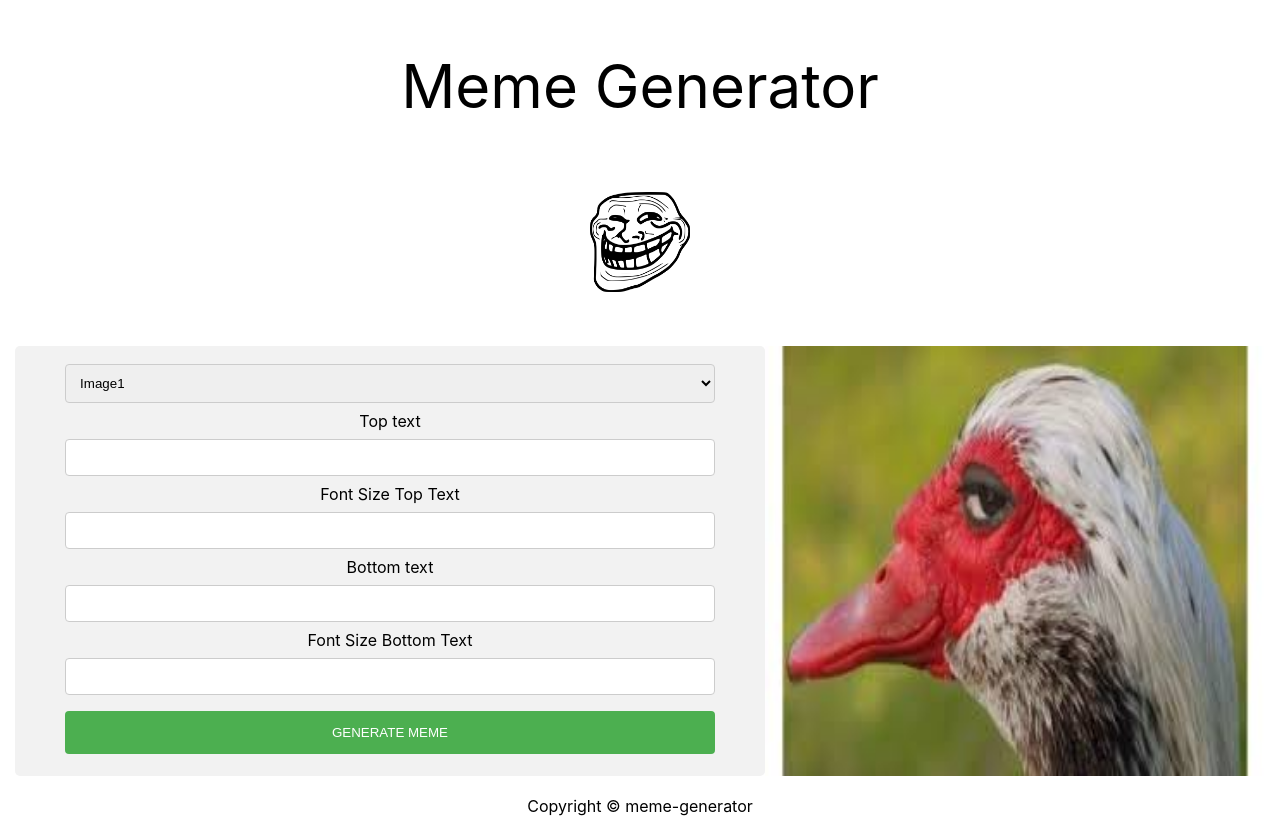
Repository: JivkoJelev91/Meme-Generator
Page: /
The author's editor kept a copy of each file at every save. The page is drawn from the files as they stood at one save, then again after the next save.
The browser window is 1280 px wide. The pictures show the whole page.
The project was rebuilt for these pictures with package versions that can differ from the ones it lists, and the page was loaded fresh each time.

Above is the page before, as saved 2018-10-11 14:56:47.

### src/App.js
import React, { Component } from 'react';
import logo from './logo.png';
import './App.css';
import Memes from './memes'

class App extends Component {
  render() {
    return (
      <div className="App">
          <header>Meme Generator</header>
          <img src={logo} className="App-logo" alt="logo" />
          <Memes />
      </div>
    );
  }
}

export default App;

### src/App.css
*{
  margin:0;
}

.App {
  text-align: center;
}

.App-logo {
  animation: App-logo-spin infinite 20s linear;
  width:100px;
  height: 100px;
  padding-top: 20px;
  padding-bottom: 50px;

}

.wrapper{
  display:flex;
  justify-content: center;
  flex-wrap: wrap;
}

header{
  font-size:60px;
  padding: 50px;
}

button{
  width: 100%;
  background-color: #4CAF50;
  color: white;
  padding: 14px 20px;
  margin: 8px 0;
  border: none;
  border-radius: 4px;
  cursor: pointer;
}

button:hover{
  background-color: #45a049;
}


input[type=text],input[type=number], select{
  width: 100%;
  padding: 10px;
  margin: 8px 0;
  display: inline-block;
  border: 1px solid #ccc;
  border-radius: 4px;
  box-sizing: border-box;
}

.form{
  border-radius: 5px;
  background-color: #f2f2f2;
  padding: 10px 50px;
}

.pictureContainer{
  position: relative;
  max-width: 500px;
  height: 430px;
  width:100%;
  width: 100%;
  font-size:33px;
}

.memePictures{
  width: 100%;
  height: 100%;
}

@media (max-width: 550px) {
  header{
    font-size:40px;
    padding: 15px;
  }
  input[type=text]{
    padding: 15px 10px;
  }
  .form{
    padding-left: 20%;
    padding-right: 20%;
  }
  .pictureContainer{
    height: 300px;
    font-size:23px;
  }
}

.topText{
  top:5px;
}

.bottomText{
  margin:0 15px;
}

.topText, .bottomText{
  color:#FFF;
  position: absolute;
  bottom: 0;
  left:0;
  right:0;
  font-size:90%;
  text-shadow:
  1px  1px 2px black,
  1px -1px 2px black,
 -1px  1px 2px black,
 -1px -1px 2px black;
 word-break: inherit;
}

footer{
  padding: 20px;
}

### src/memes.js
import React, { Component } from 'react';
import './App.css';
import arr from './imagesData';

class Memes extends Component {
    constructor(props) {
        super(props);
        this.state = {
          value: 'picture1.jpg',
          topText: "",
          bottomText: "",
          topFontSize: "",
          bottomFontSize: 33,
          active : false
        };
      }

    handleChange = (event) => {
        this.setState({
            value: event.target.value,
            active: false,
        });
    }

    handleInput = (event) => {
        this.setState({
            [event.target.name]: event.target.value ,
            active:false
        });
    }



    generate = () => {

        console.log(this.state.topFontSize);

        // this.setState({
        //     topFontSize: this.state.topFontSize,
        //     bottomFontSize: this.state.bottomFontSize,
        //     active:false
        // });
        this.setState({
            active: true
        });
    }

    render() {
        return (
            <div>
            <div className="wrapper">
                <div className="form">
                    <div>
                        <select onChange={this.handleChange}>
                            {
                            arr.map(img => {
                                return <option key={img.id} value={img.name}>
                                            Image{img.id}
                                       </option>
                            })
                            }
                        </select>
                    </div>
                    <div>
                        <label>Top text</label>
                        <input type="text" name="topText" onChange={this.handleInput}/>
                        <label>Font Size Top Text</label>
                        <input type="number" name="topFontSize" onChange={this.handleFontSize}/>
                    </div>
                    <div>
                        <label>Bottom text</label>
                        <input type="text" name="bottomText" onChange={this.handleInput}/>
                        <label>Font Size Bottom Text</label>
                        <input type="number" name="bottomFontSize" onChange={this.handleFontSize}/>
                    </div>
                    <div>
                        <button
                            onClick={this.generate}>
                            GENERATE MEME
                        </button>
                    </div>
            </div>
            <div className="pictureContainer">
                <div className="topText" style={{fontSize: this.state.topFontSize + 'px'}}>
                    { this.state.active ? this.state.topText:  "" }
                </div>
                <img src= {require(`./meme-pictures/${this.state.value}`)} className="memePictures"/>
                <div className="bottomText">
                    { this.state.active ? this.state.bottomText : "" }
                </div>
            </div>
         </div>
         <footer>Copyright © meme-generator</footer>
         </div>
        );
      }
}

export default Memes;

### src/imagesData.js
var arr = [{
        'id': '1',
        'name': 'picture1.jpg',
        'alt': 'picture1'
    },
    {
        'id': '2',
        'name': 'picture2.jpg',
        'alt': 'picture2'
    },
    {
        'id': '3',
        'name': 'picture3.jpg',
        'alt': 'picture3'
    },
    {
        'id': '4',
        'name': 'picture4.jpg',
        'alt': 'picture4'
    },
    {
        'id': '5',
        'name': 'picture5.jpg',
        'alt': 'picture5'
    },
    {
        'id': '6',
        'name': 'picture6.jpg',
        'alt': 'picture6'
    },
    {
        'id': '7',
        'name': 'picture7.jpg',
        'alt': 'picture7'
    },
    {
        'id': '8',
        'name': 'picture8.jpg',
        'alt': 'picture8'
    },
    {
        'id': '9',
        'name': 'picture9.jpg',
        'alt': 'picture9'
    },
    {
        'id': '10',
        'name': 'picture10.jpg',
        'alt': 'picture10'
    },
    {
        'id': '11',
        'name': 'picture11.jpg',
        'alt': 'picture11'
    },
    {
        'id': '12',
        'name': 'picture12.jpg',
        'alt': 'picture12'
    },
    {
        'id': '13',
        'name': 'picture13.jpg',
        'alt': 'picture13'
    },
    {
        'id': '14',
        'name': 'picture14.jpg',
        'alt': 'picture14'
    },
    {
        'id': '15',
        'name': 'picture15.jpg',
        'alt': 'picture15'
    },
    {
        'id': '16',
        'name': 'picture16.jpg',
        'alt': 'picture16'
    },
    {
        'id': '17',
        'name': 'picture17.jpg',
        'alt': 'picture17'
    },
    {
        'id': '18',
        'name': 'picture18.jpg',
        'alt': 'picture18'
    },
    {
        'id': '19',
        'name': 'picture19.jpg',
        'alt': 'picture19'
    },
    {
        'id': '20',
        'name': 'picture20.jpg',
        'alt': 'picture20'
    },
    {
        'id': '21',
        'name': 'picture21.jpg',
        'alt': 'picture21'
    },
    {
        'id': '22',
        'name': 'picture22.jpg',
        'alt': 'picture22'
    },
    {
        'id': '23',
        'name': 'picture23.jpg',
        'alt': 'picture23'
    },
    {
        'id': '24',
        'name': 'picture24.jpg',
        'alt': 'picture24'
    },
    {
        'id': '25',
        'name': 'picture25.jpg',
        'alt': 'picture25'
    },
    {
        'id': '26',
        'name': 'picture26.jpg',
        'alt': 'picture26'
    },
    {
        'id': '27',
        'name': 'picture27.jpg',
        'alt': 'picture27'
    },
    {
        'id': '28',
        'name': 'picture28.jpg',
        'alt': 'picture28'
    },
    {
        'id': '29',
        'name': 'picture29.jpg',
        'alt': 'picture29'
    },
    {
        'id': '30',
        'name': 'picture30.jpg',
        'alt': 'picture30'
    }
];

export default arr;


// for (var i = 1; i <= 30; i++) {
//     console.log(`{
//         'id':'${i}',
//         'name':'picture${i}.jpg',
//         'alt': 'picture${i}'
//     },`)
// }

Loaded but not shown: public/index.html (common file); src/index.js (common file); src/index.css (common file); src/serviceWorker.js (common file)

After the next save:
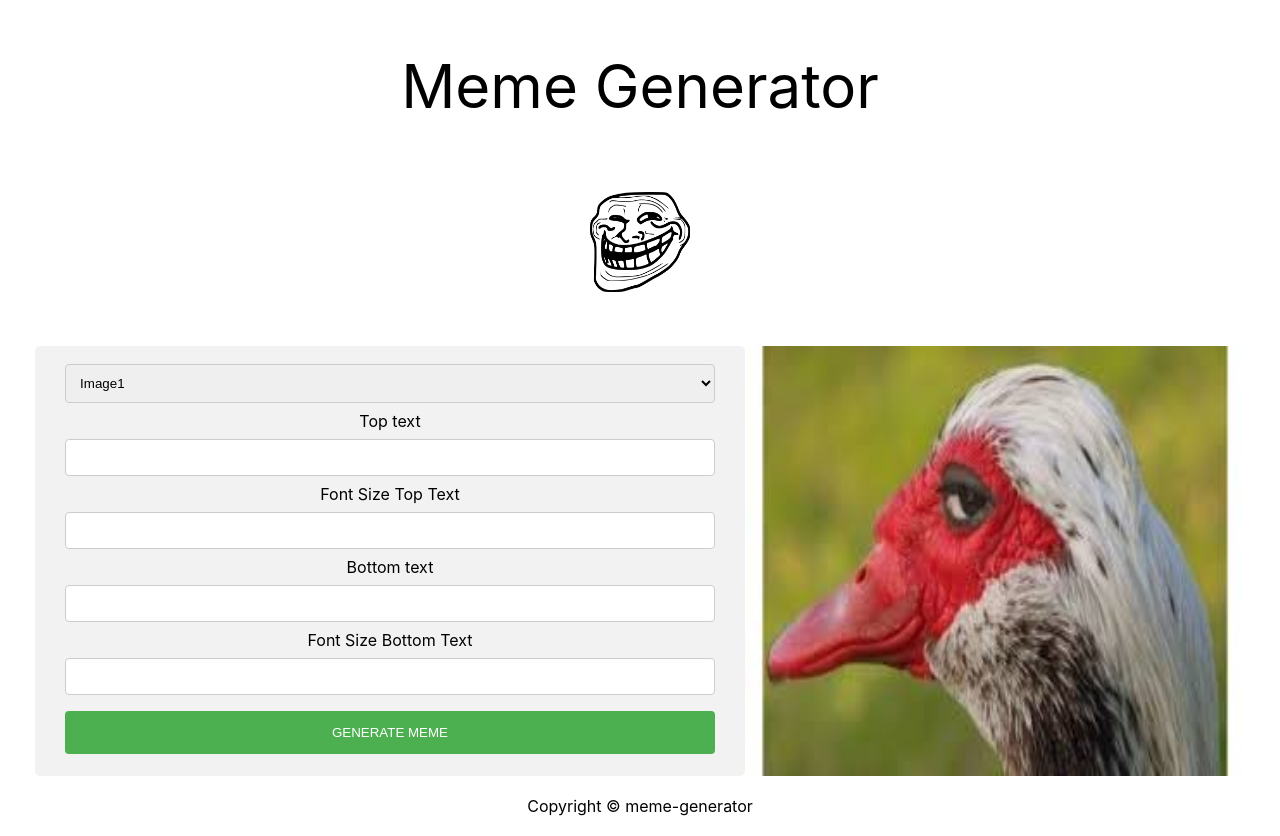
Saved 8 s later.
--- a/src/App.css
+++ b/src/App.css
@@ -55,7 +55,7 @@ input[type=text],input[type=number], select{
 .form{
   border-radius: 5px;
   background-color: #f2f2f2;
-  padding: 10px 50px;
+  padding: 10px 30px;
 }
 
 .pictureContainer{
